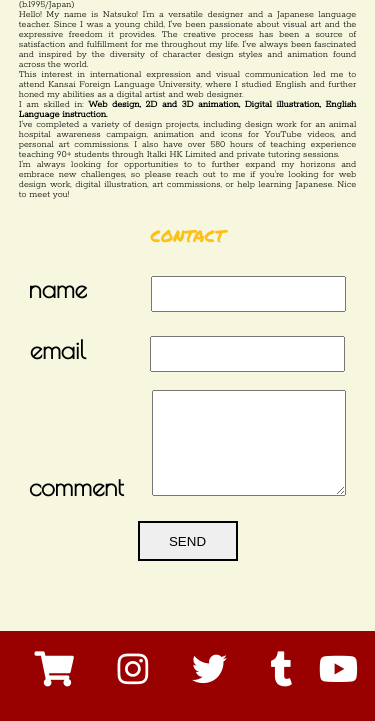
Repository: Natsuko0920/natsukohorii.github.io
Page: toppage/index.html
The author's editor kept a record of every edit. The page is drawn from the files as they stood at one moment, then again after the next edit.
The browser window is 375 px wide. The pictures show the part of the page from y = 748 to 1469 px (the page is 1469 px tall before and 1453 px after).
A picture or video elsewhere on the page could not be fetched, so the positions and the page height are approximate. Some web libraries are served in a nearby version.

Above is the page before.

After the next edit:
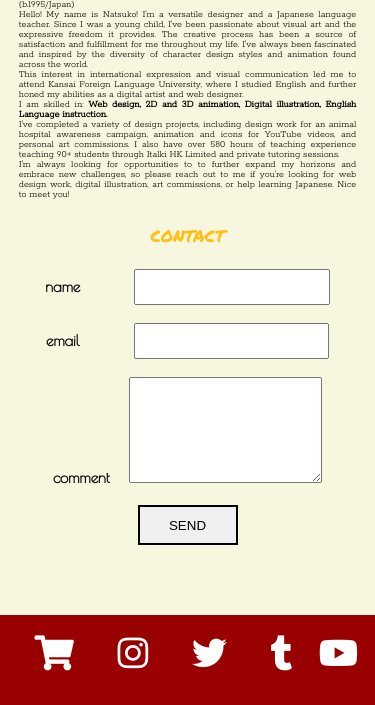
The edit:
--- a/toppage/index.css
+++ b/toppage/index.css
@@ -125,7 +125,7 @@
 
 label{
      font-family: 'Poiret One', cursive;
-     font-size:25px;
+     font-size:15px;
      font-weight:bold;
 }
 
